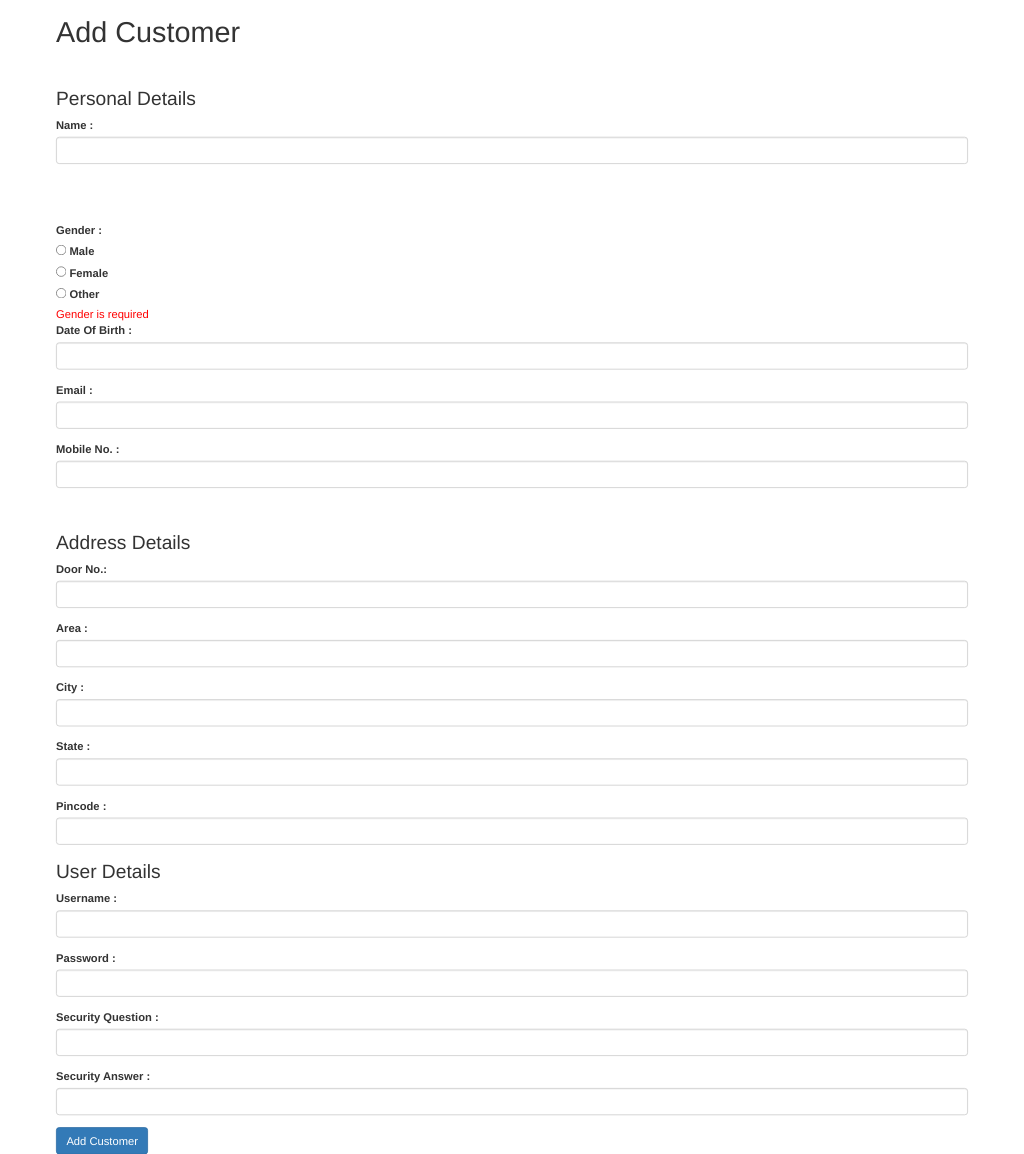
Repository: Shubham-Gawade/SpringHibernateTraining
Page: http://localhost/xorbankonline/WEB-INF/pages/addcustomer.jsp
The author's editor kept a copy of each file at every save. The page is drawn from the files as they stood at one save, then again after the next save.
The browser window is 1280 px wide. The pictures show the whole page, at 80% of full size.
The page is served by Tomcat 9. Nobody is signed in. Other server files are loaded and not shown. The template is opened directly, without the code that normally fills it, so the values that code supplies are empty.

Above is the page before, as saved 2021-10-07 04:57:02.

### xorbankonline/src/main/webapp/WEB-INF/pages/addcustomer.jsp
<%@ page language="java" contentType="text/html; charset=ISO-8859-1"
	pageEncoding="ISO-8859-1"%>
<%@ taglib prefix="form" uri="http://www.springframework.org/tags/form"%>
<!DOCTYPE html>
<html>
<head>
<meta charset="ISO-8859-1">
<title>Insert title here</title>
<link rel="stylesheet"
	href="https://maxcdn.bootstrapcdn.com/bootstrap/3.3.7/css/bootstrap.min.css">
</head>
<body class="container">
	<h1>Add Customer</h1>
	<form:form action="addcustomer" method="post"
		modelAttribute="customerObj">
		<br />
		<h3>Personal Details</h3>
		<div class="form-group">
			<label for="name">Name :</label>
			<form:input type="text" path="personName" class="form-control"
				name="name" />
		</div>
        <label style="margin-right: 10%; margin-top: 5%;">Gender :</label>
        <div class="form-check form-check-inline">
            <input class="form-check-input" type="radio" name="inlineRadioOptions" formControlName="gender" name="gender" value="male">
            <label class="form-check-label" >Male</label>
        </div>
        <div class="form-check form-check-inline">
            <input class="form-check-input" type="radio" name="inlineRadioOptions" formControlName="gender" name="gender" value="female">
            <label class="form-check-label" >Female</label>
        </div>
        <div class="form-check form-check-inline">
            <input class="form-check-input" type="radio" name="inlineRadioOptions" formControlName="gender" name="gender" value="other">
            <label class="form-check-label" >Other</label>
        </div>
        <div *ngIf="addForm.gender.invalid && addForm.gender.touched" style="color: red;">
            Gender is required
        </div>
		<div class="form-group">
			<label for="dateOfBirth">Date Of Birth :</label> <input type="text"
				class="form-control" name="dateOfBirth">
		</div>
		<div class="form-group">
			<label for="emailId">Email :</label>
			<form:input type="email" class="form-control" path="emailId"
				name="emailId" />
		</div>
		<div class="form-group">
			<label for="email">Mobile No. :</label>
			<form:input type="number" class="form-control" path="mobileNo"
				name="mobileNo" />
		</div>

		<br />
		<h3>Address Details</h3>
		<div class="form-group">
			<label for="doorNo">Door No.:</label>
			<form:input type="text" class="form-control" path="address.doorNo"
				name="doorNo" />
		</div>
		<div class="form-group">
			<label for="area">Area :</label>
			<form:input type="text" class="form-control" path="address.area"
				name="area" />
		</div>
		<div class="form-group">
			<label for="city">City :</label>
			<form:input type="text" class="form-control" path="address.city"
				name="city" />
		</div>
		<div class="form-group">
			<label for="state">State :</label>
			<form:input type="text" class="form-control" path="address.state"
				name="state" />
		</div>
		<div class="form-group">
			<label for="pincode">Pincode :</label>
			<form:input type="text" class="form-control" path="address.pincode"
				name="pincode" />
		</div>

		<h3>User Details</h3>
		<div class="form-group">
			<label for="userName">Username :</label>
			<form:input type="text" class="form-control" path="user.userName"
				name="userName" />
		</div>
		<div class="form-group">
			<label for="password">Password :</label>
			<form:input type="text" class="form-control" path="user.password"
				name="password" />
		</div>
		<div class="form-group">
			<label for="securityQuestion">Security Question :</label>
			<form:input type="text" class="form-control"
				path="user.securityQuestion" name="securityQuestion" />
		</div>
		<div class="form-group">
			<label for="securityAnswer">Security Answer :</label>
			<form:input type="text" class="form-control"
				path="user.securityAnswer" name="securityAnswer" />
		</div>
		<input class="btn btn-primary" type="submit" value="Add Customer" />
	</form:form>
</body>
</html>

After the next save:
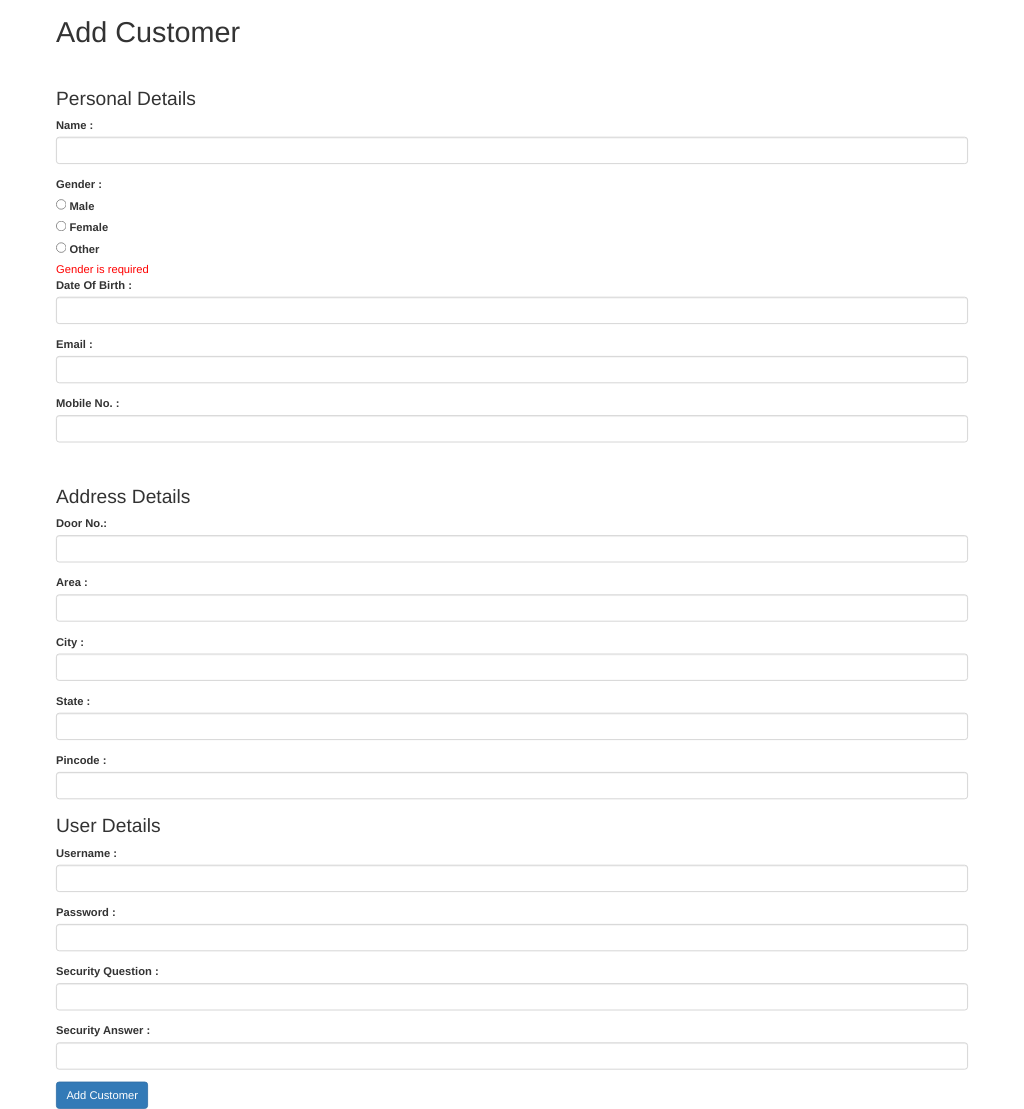
Saved 4 s later.
--- a/xorbankonline/src/main/webapp/WEB-INF/pages/addcustomer.jsp
+++ b/xorbankonline/src/main/webapp/WEB-INF/pages/addcustomer.jsp
@@ -20,7 +20,7 @@
 			<form:input type="text" path="personName" class="form-control"
 				name="name" />
 		</div>
-        <label style="margin-right: 10%; margin-top: 5%;">Gender :</label>
+        <label >Gender :</label>
         <div class="form-check form-check-inline">
             <input class="form-check-input" type="radio" name="inlineRadioOptions" formControlName="gender" name="gender" value="male">
             <label class="form-check-label" >Male</label>
